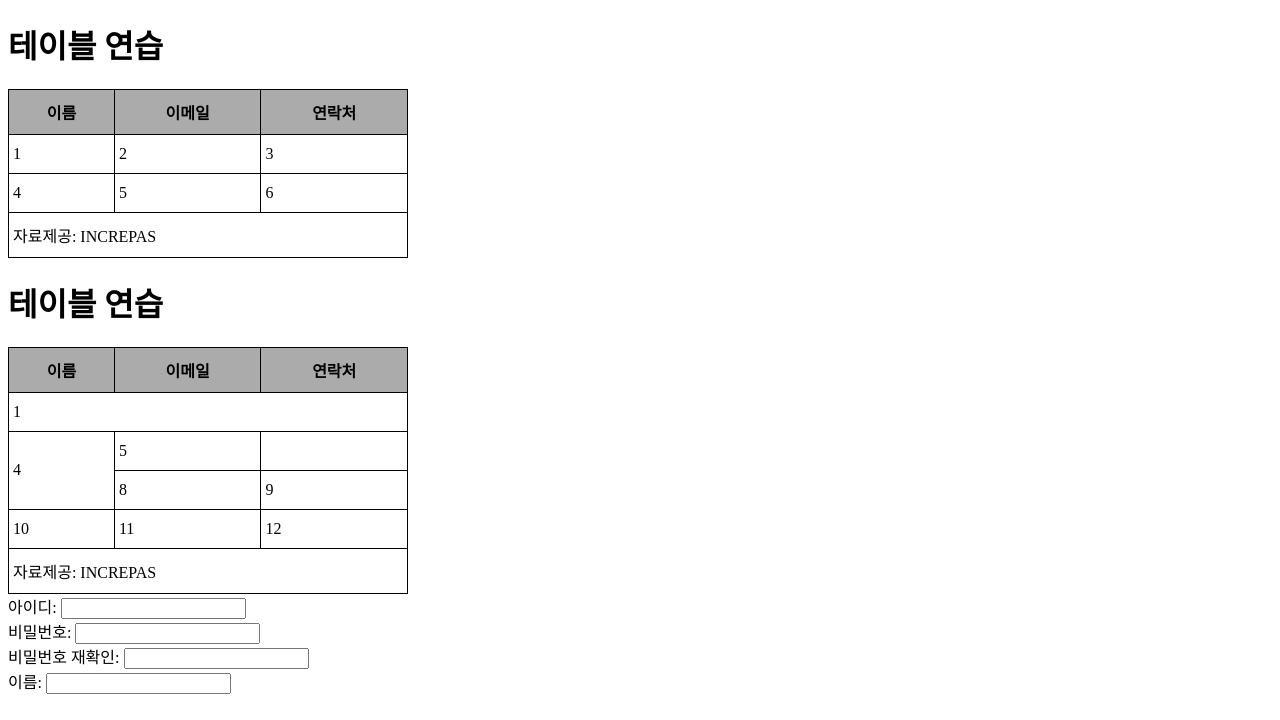
Repository: CHOKIHO/html
Page: work/0109/WebContent/ex2_form_table.html
These files come from the project's save history. The page is drawn as it stood at one moment and after the next save; the edit follows.
The browser window is 1280 px wide. The pictures show the whole page.

Above is the page before, as saved 2017-01-09 02:09:26.

### work/0109/WebContent/ex2_form_table.html
<!DOCTYPE html>
<html>
<head>
<meta charset="UTF-8">
<title>Insert title here</title>
<style type="text/css">

	table{
		border: 1px solid black;
		width: 400px;
		border-collapse: collapse;
		border-spacing: 0px; /* 셀과 셀 사이의 간격 */
	}
	td, th{
		border: 1px solid black;
		padding: 10px  4px;
	}

	table>thead>tr{
		background-color: #ababab;
	}
</style>
</head>
<body>

	<h1>테이블 연습</h1>

	<form>
		<table>
			<thead>
				<tr>
					<th>이름</th>
					<th>이메일</th>
					<th>연락처</th>
				</tr>
			</thead>
			<tfoot>
				<tr>
					<td colspan="3">자료제공: INCREPAS</td><!-- colspan은 컬럼들의 병합, rowspan은 행 병합 -->
				</tr>
			</tfoot>
			<tbody>
				<tr>
					<td>1</td>
					<td>2</td>
					<td>3</td>
				</tr>
				<tr>
					<td>4</td>
					<td>5</td>
					<td>6</td>
				</tr>
			</tbody>
		</table>



	<h1>테이블 연습</h1>

	<form>
		<table>
			<thead>
				<tr>
					<th>이름</th>
					<th>이메일</th>
					<th>연락처</th>
				</tr>
			</thead>
			<tfoot>
				<tr>
					<td colspan="3">자료제공: INCREPAS</td><!-- colspan은 컬럼들의 병합, rowspan은 행 병합 -->
				</tr>
			</tfoot>
			<tbody>
				<tr>
					<td colspan="3">1</td>
				</tr>
				<tr>
					<td rowspan="2">4</td>
					<td cospan="2">5</td>
				</tr>
				<tr>
					<td>8</td>
					<td>9</td>
				</tr>
				<tr>
					<td>10</td>
					<td>11</td>
					<td>12</td>
				</tr>

			</tbody>
		</table>




		<label for="m_id">아이디:</label>
		<input type="text"  id="m_id"  name="id"/><br/>

		<label for="m_pw">비밀번호:</label>
		<!-- HTML에서 이름이 같은 파라미터들은 JSP에서는 배열로 받는다. -->
		<input type="password"  id="m_pw"  name="pw"/><br/>

		<label for="m_pwd">비밀번호 재확인:</label>
		<input type="password"  id="m_pwd"  name="pw"/><br/>

		<label for="m_name">이름:</label>
		<input  id="m_name"  name="name"/><br/>
	</form>
</body>
</html>

After the next save:
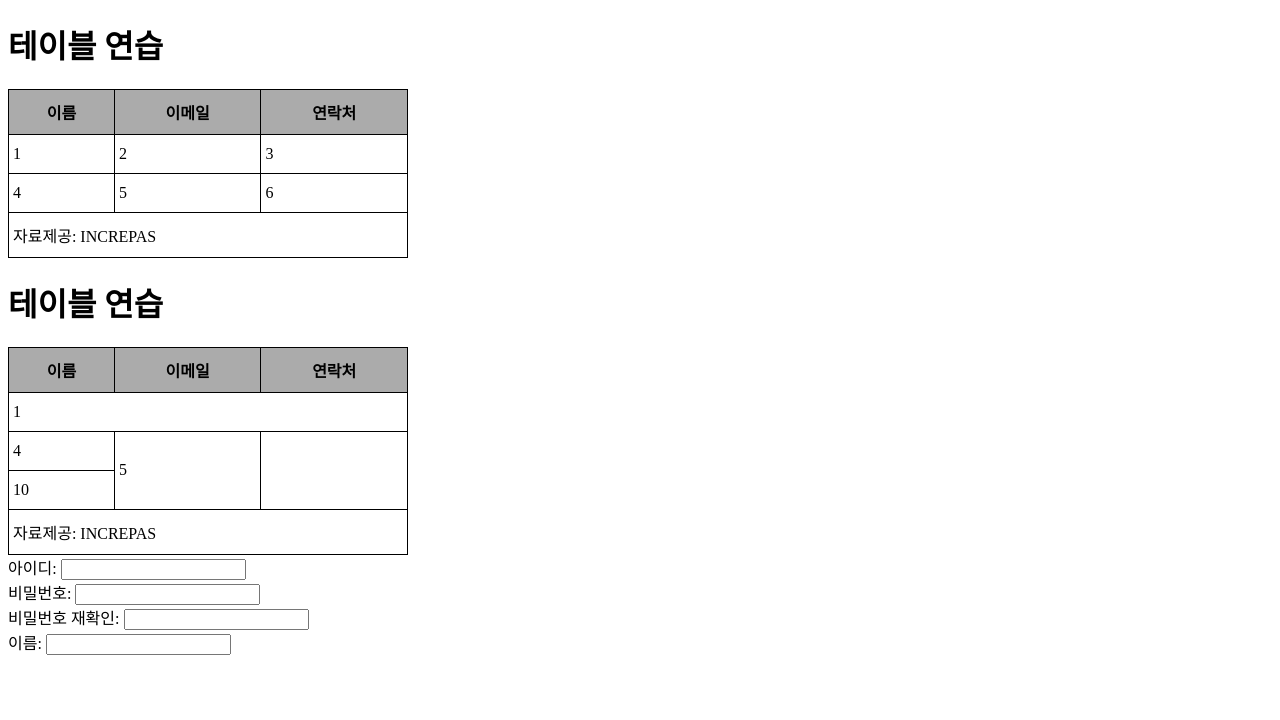
Saved 42 s later.
--- a/work/0109/WebContent/ex2_form_table.html
+++ b/work/0109/WebContent/ex2_form_table.html
@@ -77,16 +77,12 @@
 				</tr>
 				<tr>
 					<td rowspan="2">4</td>
-					<td cospan="2">5</td>
+					<td cospan="2" rowspan="3">5</td>
 				</tr>
 				<tr>
-					<td>8</td>
-					<td>9</td>
 				</tr>
 				<tr>
 					<td>10</td>
-					<td>11</td>
-					<td>12</td>
 				</tr>
 
 			</tbody>
